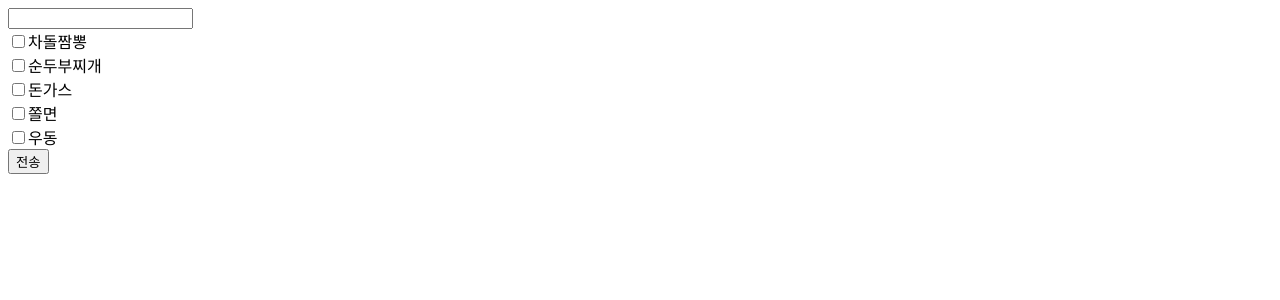
Repository: JaeYong-An/jstl
Page: http://localhost/jstl_study/step-5.jsp
An editor plug-in stored every save of this project. The page is shown before and after the next save, followed by the edit.
The browser window is 1280 px wide. The pictures show the whole page.
The page is served by Tomcat 9.

Above is the page before, as saved 2023-11-23 00:44:36.

After the next save:
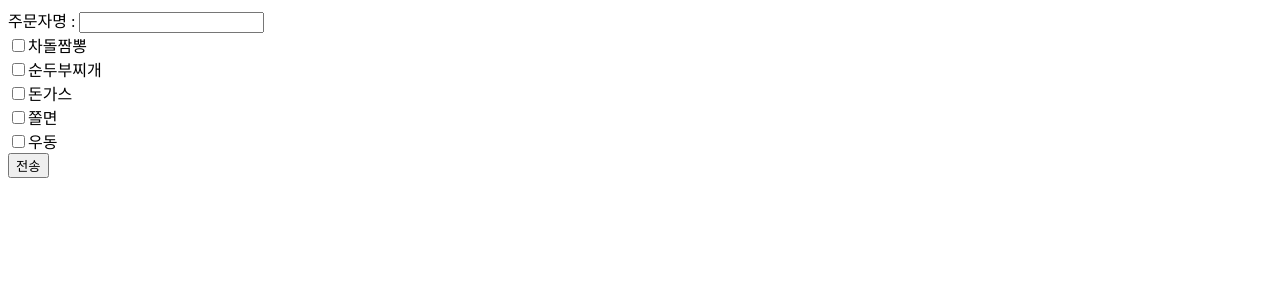
Saved 22 s later.
--- a/jstl_study/src/main/webapp/step-5.jsp
+++ b/jstl_study/src/main/webapp/step-5.jsp
@@ -11,7 +11,7 @@
 	<!-- 메누판을 체크박스 형태로 만들어 스텝6으로 전송 -->
 	<!-- 스텝6에서 주문자명, 메뉴 출력 -->
 	<form action="step-6.jsp">
-		<input type="text" name="name"><br>
+		주문자명 : <input type="text" name="name"><br>
 		<input type="checkbox" name="menu" value="차돌짬뽕">차돌짬뽕 <br>
 		<input type="checkbox" name="menu" value="순두부찌개">순두부찌개 <br>
 		<input type="checkbox" name="menu" value="돈가스">돈가스 <br>
